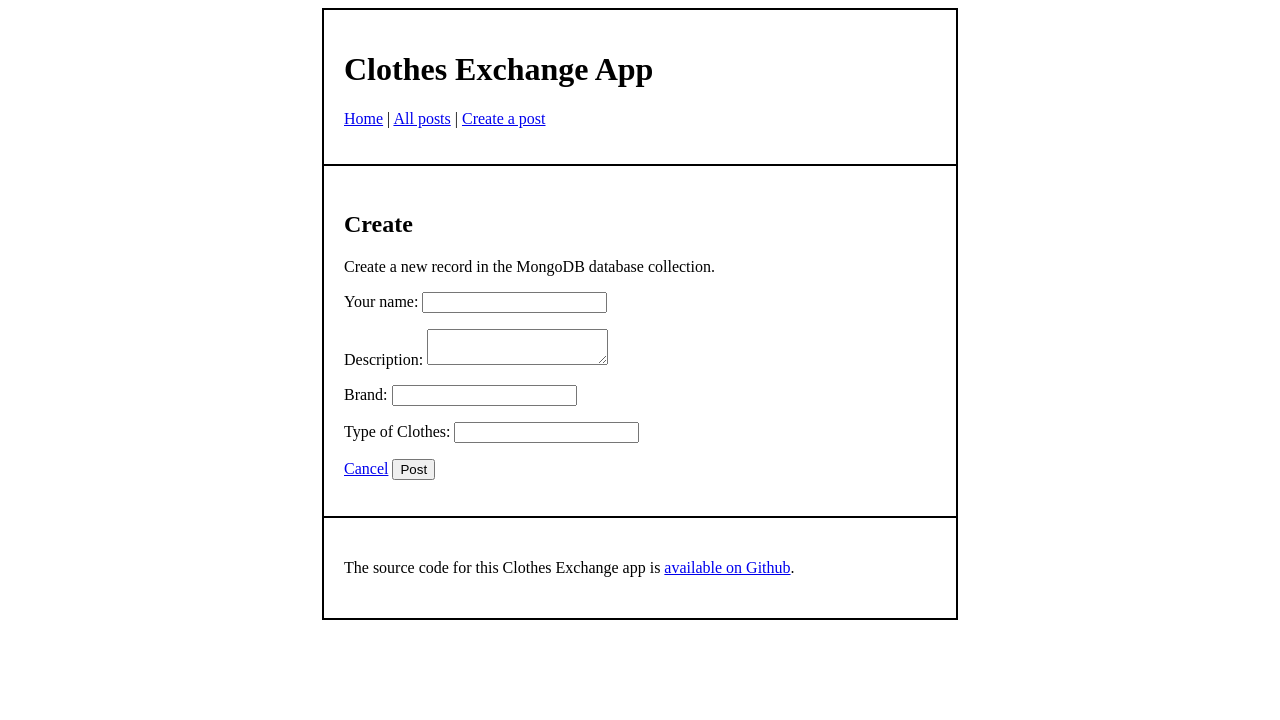
Repository: dbdesign-students-spring2024/7-web-app-dianachen1013
Page: http://localhost/create
An editor plug-in stored every save of this project. The page is shown before and after the next save, followed by the edit.
The browser window is 1280 px wide. The pictures show the whole page.
The page is served by the project's application, run on Flask 3 (app.py).

Above is the page before, as saved 2024-04-16 15:48:31.

After the next save:
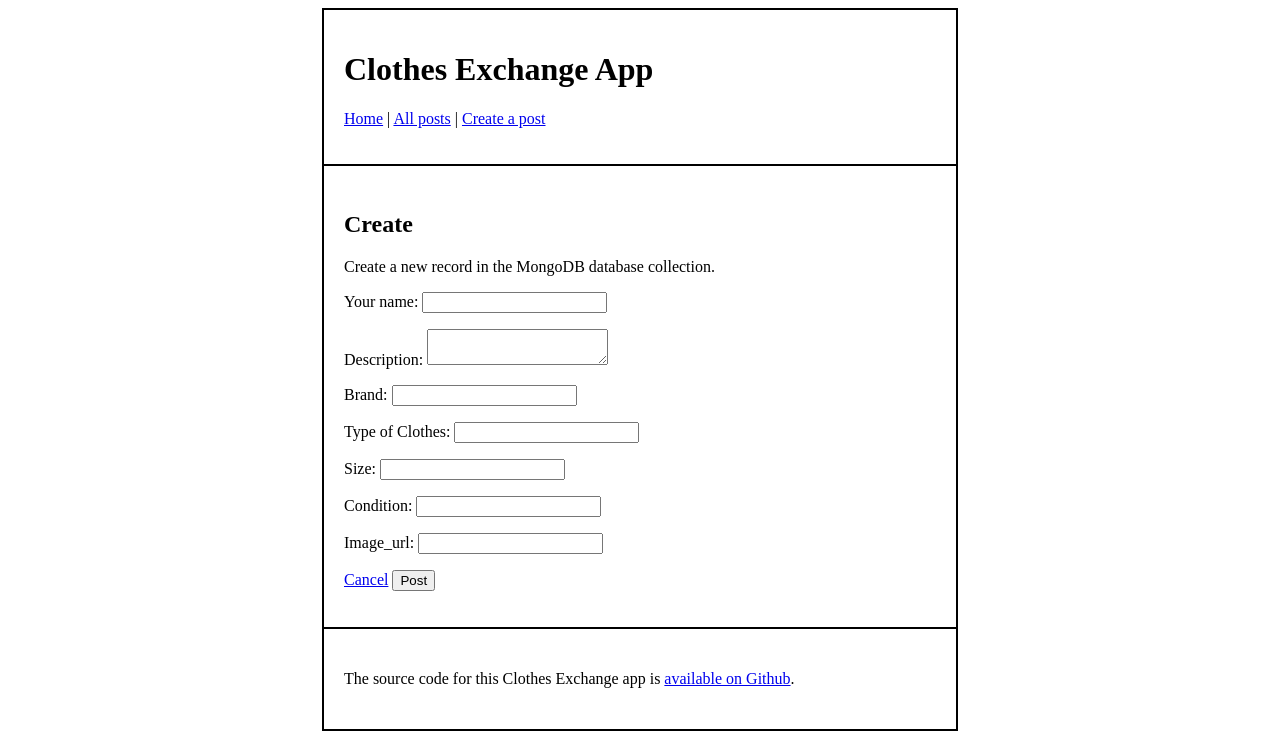
Saved 85 s later.
--- a/templates/create.html
+++ b/templates/create.html
@@ -9,6 +9,9 @@
   </p>
   <p>Brand: <input type="text" id="fbrand" name="fbrand" /><br /></p>
   <p>Type of Clothes: <input type="text" id="ftype" name="ftype" /><br /></p>
+  <p>Size: <input type="text" id="fsize" name="fsize" /><br /></p>
+  <p>Condition: <input type="text" id="fcondition" name="fcondition" /><br /></p>
+  <p>Image_url: <input type="text" id="fimage_url" name="fimage_url" /><br /></p>
   <p>
     <a href="{{ url_for('read')}}">Cancel</a>
     <input type="submit" name="post-btn" value="Post" />
